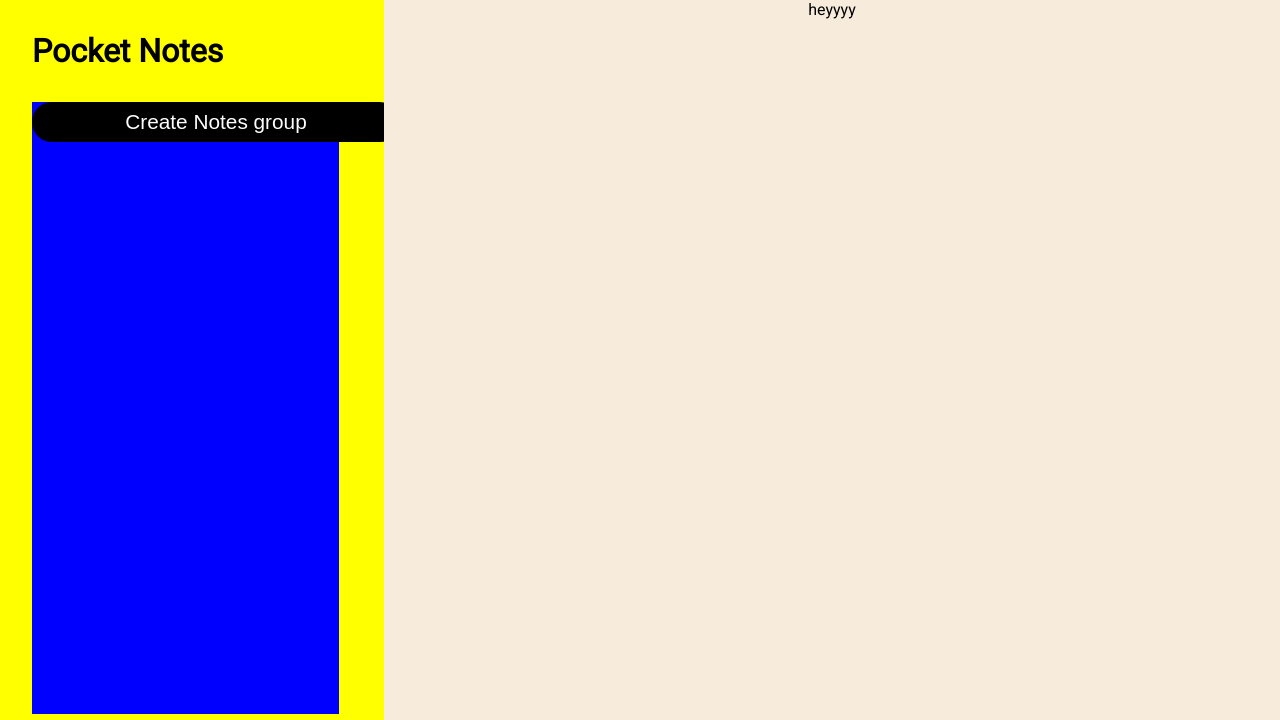
Repository: drumsmanku/react-module-test
Page: /
An editor plug-in stored every save of this project. The page is shown before and after the next save, followed by the edit.
The browser window is 1280 px wide. The pictures show the whole page.
The project was rebuilt for these pictures with package versions that can differ from the ones it lists, and the page was loaded fresh each time.

Above is the page before, as saved 2023-06-10 19:40:12.

After the next save:
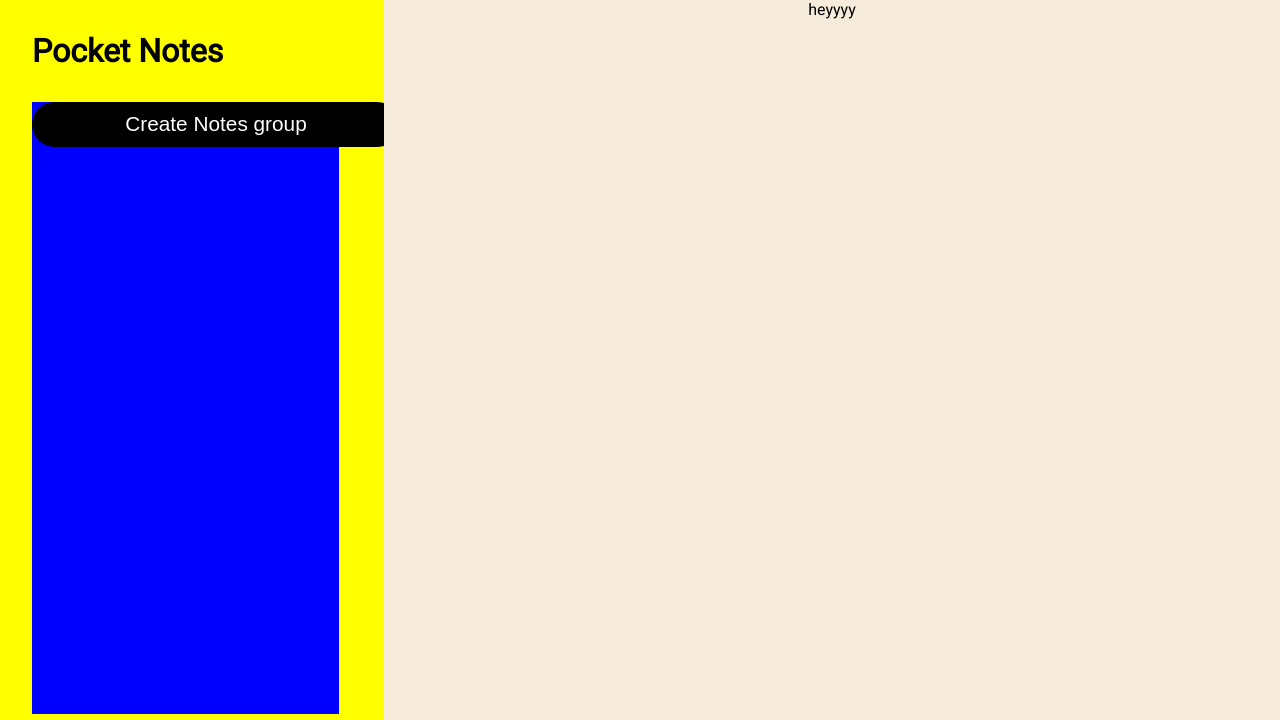
Saved 83 min 3 s later.
--- a/src/Components/PopUp.css
+++ b/src/Components/PopUp.css
@@ -6,7 +6,7 @@ body{
 
 .btn-1{
   width: 23rem;
-  height: 2.5rem;
+  height: 2.8rem;
   background-color: black;
   border: none;
   border-radius: 3rem;
